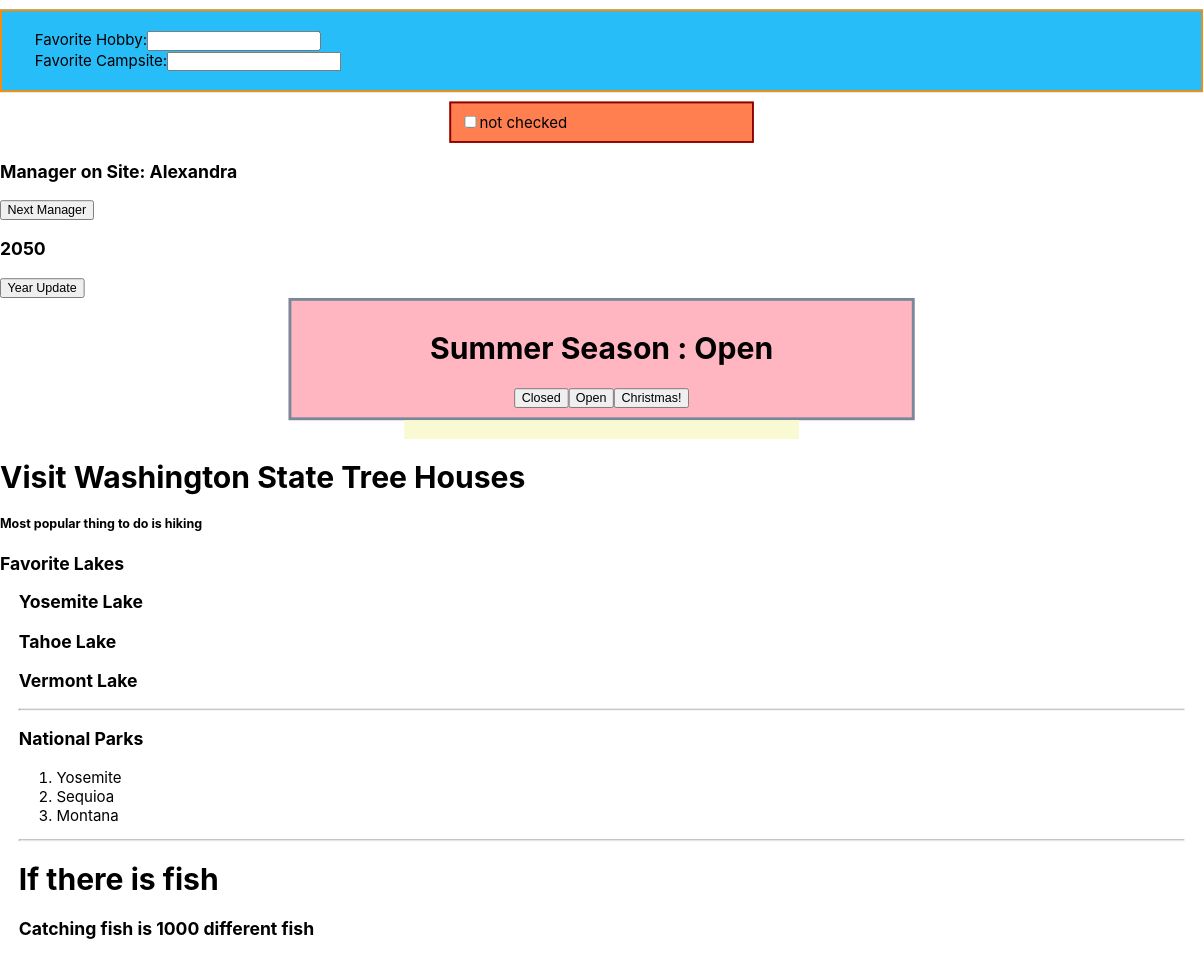
Repository: CaptainStorm21/intro-react-hooks
Page: /
These files come from the project's save history. The page is drawn as it stood at one moment and after the next save; the edit follows.
The browser window is 1280 px wide. The pictures show the whole page, at 94% of full size.
The project was rebuilt for these pictures with package versions that can differ from the ones it lists, and the page was loaded fresh each time.

Above is the page before, as saved 2020-05-28 20:04:26.

After the next save:
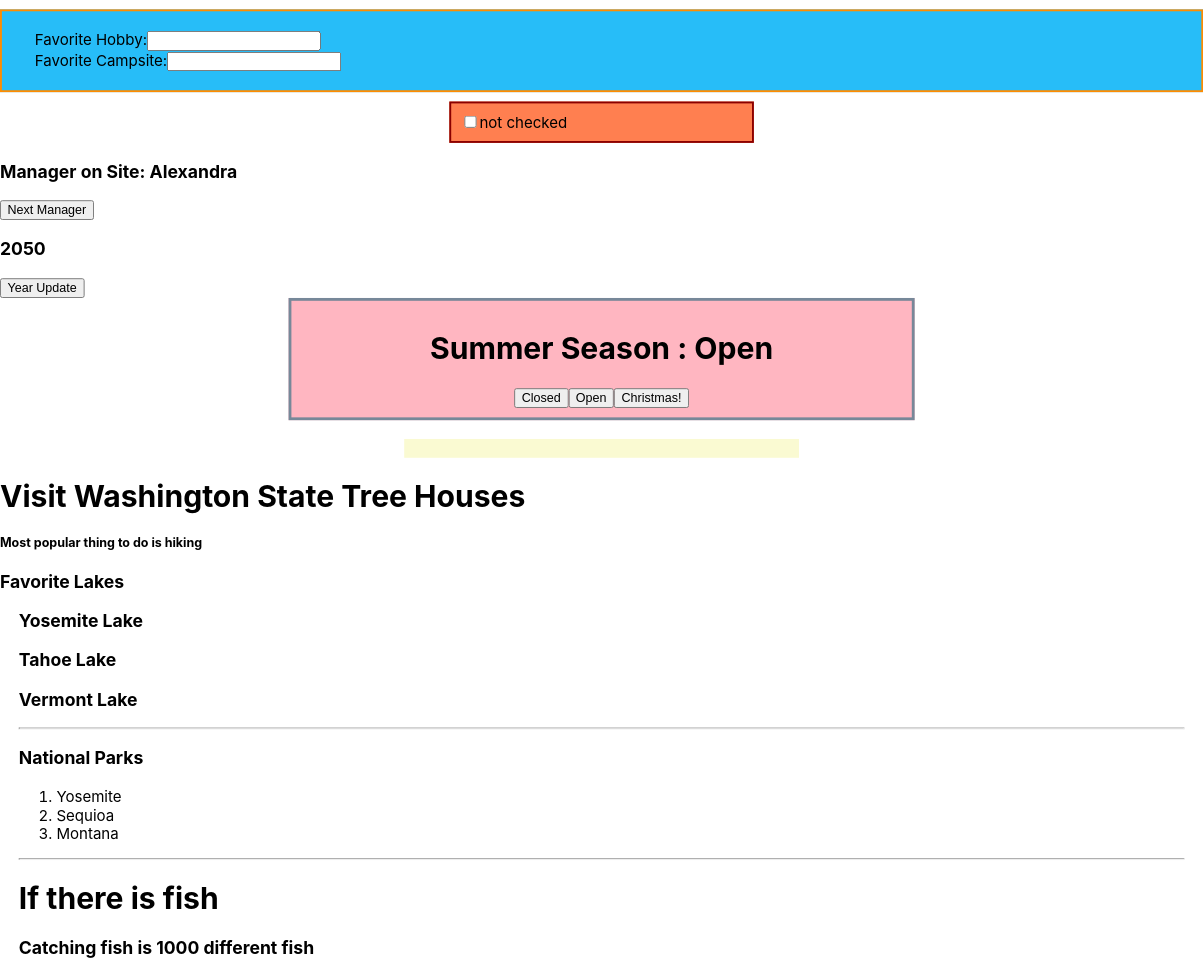
Saved 16 s later.
--- a/src/App.css
+++ b/src/App.css
@@ -42,4 +42,5 @@
   padding: 10px;
   width: 400px;
   margin: 0 auto;
+  margin-top: 20px;
 }
